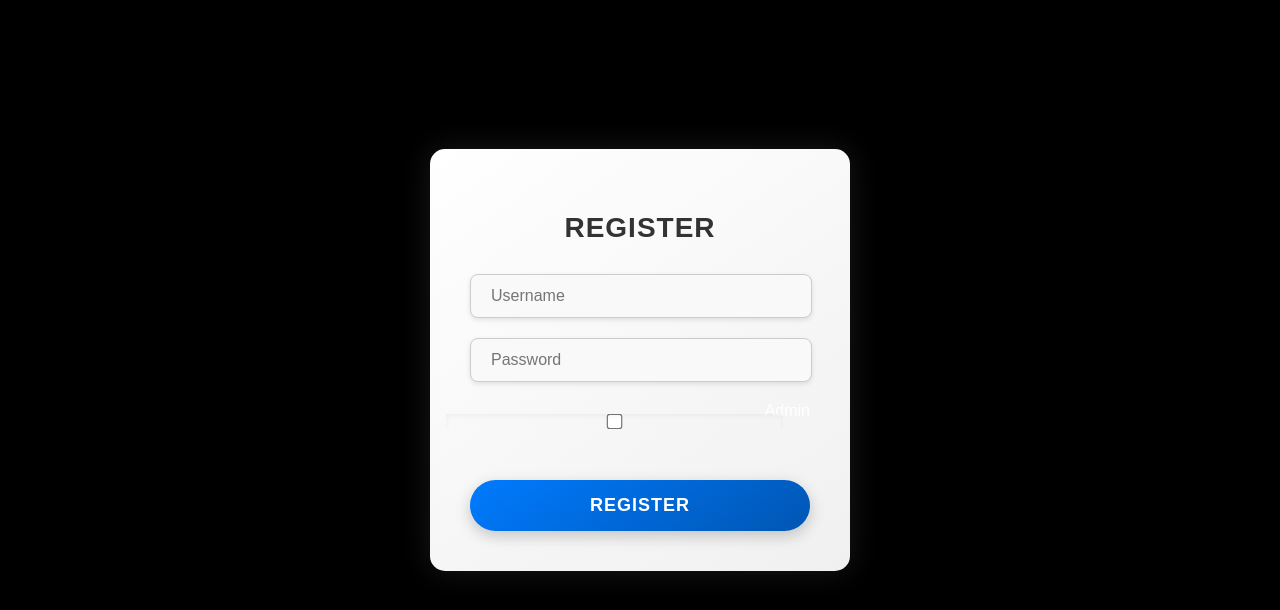
Repository: mdmisri/needy-talk
Page: /register (app in frontend/talk-d1/)
The author's editor kept a copy of each file at every save. The page is drawn from the files as they stood at one save, then again after a run of saves.
The browser window is 1280 px wide. The pictures show the whole page.
The page's requests for data from a server got no answer. The project was rebuilt for these pictures with package versions that can differ from the ones it lists, and the page was loaded fresh each time. No one was signed in, and anything a server would have sent is missing. Also part of the build but not shown: frontend/talk-d1/src/components/Login/Login.js, frontend/talk-d1/src/conversationUtils.js, frontend/talk-d1/src/hooks/useConversation.js, frontend/talk-d1/src/components/Chat/styles/Message.css, frontend/talk-d1/src/components/Chat/Message.js, frontend/talk-d1/src/components/Chat/ChatBox.js, frontend/talk-d1/src/components/Chat/AdminChatBox.js, frontend/talk-d1/src/components/Chat/AdminSelection.js and 1 more.

Above is the page before, as saved 2024-07-29 05:08:42.

### frontend/talk-d1/src/index.js
import React from 'react';
import ReactDOM from 'react-dom/client';
import './index.css';
import App from './App';
import { BrowserRouter } from 'react-router-dom';

const root = ReactDOM.createRoot(document.getElementById('root'));
root.render(
  <React.StrictMode>
    <BrowserRouter>
    <App />
    </BrowserRouter>
  </React.StrictMode>
);

// If you want to start measuring performance in your app, pass a function
// to log results (for example: reportWebVitals(console.log))
// or send to an analytics endpoint. Learn more: https://bit.ly/CRA-vitals

### frontend/talk-d1/src/App.js
import React, { useState, useEffect } from 'react';
import { Routes, Route, useNavigate } from 'react-router-dom';
import Login from './components/Login/Login';
import Register from './components/Register/Register';
import ChatBox from './components/Chat/ChatBox';
import AdminChatBox from './components/Chat/AdminChatBox';
import ChatStart from './components/Chat/ChatStart';
import AdminSelection from './components/Chat/AdminSelection';
import socket from './components/Chat/socket';

const App = () => {
    const [user, setUser] = useState(null);
    const [username, setUsername] = useState('');
    const [isAdmin, setIsAdmin] = useState(false);
    const [adminUsername, setAdminUsername] = useState(null);
    const [redirectToChat, setRedirectToChat] = useState(false);
    const navigate = useNavigate();

    useEffect(() => {
        const handleBeforeUnload = () => {
            if (username) {
                socket.emit('userOffline', username);
            }
        };

        window.addEventListener('beforeunload', handleBeforeUnload);

        return () => {
            window.removeEventListener('beforeunload', handleBeforeUnload);
        };
    }, [username]);

    useEffect(() => {
        if (user) {
            if (isAdmin) {
                navigate('/admin-chat');
            } else if (redirectToChat) {
                navigate(`/chat/${adminUsername}`);
            } else {
                navigate('/home');
            }
        }
    }, [user, isAdmin, redirectToChat, adminUsername, navigate]);

    const handleLogout = () => {
        socket.emit('userOffline', username);
        setUser(null);
        setUsername('');
        setIsAdmin(false);
        setAdminUsername(null);
        setRedirectToChat(false);
        navigate('/login');
    };

    const handleAdminSelection = (selectedAdminUsername) => {
        setAdminUsername(selectedAdminUsername);
        setRedirectToChat(true);
    };

    return (
        <div>
            <Routes>
                <Route path="/login" element={<Login setUser={setUser} setUsername={setUsername} setIsAdmin={setIsAdmin} />} />
                <Route path="/register" element={<Register />} />
                {/* Route for admin selection */}
                <Route path="/home" element={!isAdmin ? <ChatStart username={username} onAdminSelect={handleAdminSelection} /> : <AdminChatBox adminUsername={username} handleAdminSelection={handleAdminSelection} />} />
                {/* Route for admin chat box */}
                <Route path="/admin-chat" element={<AdminChatBox adminUsername={username} handleAdminSelection={handleAdminSelection} />} />
                {/* Route for user chat box */}
                <Route path="/chat/:receiverUsername" element={<ChatBox senderUsername={username} />} />
            </Routes>
            {user && <button onClick={handleLogout}>Logout</button>}
        </div>
    );
};

export default App;

### frontend/talk-d1/src/components/Register/Register.js
import React, { useState } from 'react';
import axios from 'axios';
import { useNavigate } from 'react-router-dom';
import "./Register.css";

const Register = () => {
    const [username, setUsername] = useState('');
    const [password, setPassword] = useState('');
    const [isAdmin, setIsAdmin] = useState(false);
    const [message, setMessage] = useState('');
    const navigate = useNavigate();

    const handleRegister = async (e) => {
        e.preventDefault();
        try {
            await axios.post('http://localhost:3010/api/auth/register', {
                username,
                password,
                isAdmin,
            });
            setMessage('User registered successfully');
            navigate('/login');
        } catch (err) {
            setMessage('Error registering user');
        }
    };

    return (
        <div className="form-container">
            <h2>Register</h2>
            {message && <p>{message}</p>}
            <form onSubmit={handleRegister}>
                <input
                    type="text"
                    value={username}
                    onChange={(e) => setUsername(e.target.value)}
                    placeholder="Username"
                    required
                />
                <input
                    type="password"
                    value={password}
                    onChange={(e) => setPassword(e.target.value)}
                    placeholder="Password"
                    required
                />
                <div className="checkbox-container">
                    <input
                        type="checkbox"
                        checked={isAdmin}
                        onChange={() => setIsAdmin(!isAdmin)}
                    />
                    <span className="admin-text">Admin</span>
                </div>
                <button type="submit">Register</button>
            </form>
        </div>
    );
};

export default Register;

### frontend/talk-d1/src/components/Chat/socket.js
// socket.js
import io from 'socket.io-client';

const socket = io('http://localhost:3010');

export default socket;

### frontend/talk-d1/src/components/Login/Login.css
body, html {
    margin: 0;
    padding: 0;
    height: 100%;
    background-color: #000000; /* Set the background color to black */
    display: flex;
    justify-content: center;
    align-items: center;
    font-family: 'Arial', sans-serif;
}

.login-container {
    width: 340px;
    padding: 40px;
    background: linear-gradient(145deg, #ffffff, #f0f0f0);
    box-shadow: 0 0 30px rgba(255, 255, 255, 0.1);
    border-radius: 15px;
    text-align: center;
}

.login-container h2 {
    margin-bottom: 30px;
    color: #333;
    font-size: 28px;
    font-weight: 600;
    text-transform: uppercase;
    letter-spacing: 1px;
}

.login-container input[type="text"],
.login-container input[type="password"] {
    width: calc(100% - 40px); /* Adjust width to account for padding */
    margin-bottom: 20px;
    padding: 12px 20px; /* Adjust padding for better spacing */
    border: 1px solid #ccc; /* Add a subtle border */
    border-radius: 8px; /* Less rounded for a more modern look */
    background: #f9f9f9;
    box-shadow: 0 2px 5px rgba(0, 0, 0, 0.1); /* Subtle outer shadow */
    font-size: 16px;
    transition: all 0.3s ease;
    outline: none; /* Remove default outline */
}

.login-container input[type="text"]:focus,
.login-container input[type="password"]:focus {
    border-color: #007BFF; /* Highlight border color on focus */
    box-shadow: 0 0 5px rgba(0, 123, 255, 0.5); /* Add glow effect on focus */
    background: #fff; /* Ensure background is clear on focus */
    outline: none;
    box-shadow: inset 5px 5px 10px #c1c1c1, inset -5px -5px 10px #ffffff;
}

.login-container button {
    width: 100%;
    padding: 15px;
    background: linear-gradient(145deg, #007bff, #0056b3);
    color: #fff;
    border: none;
    border-radius: 50px;
    cursor: pointer;
    font-size: 18px;
    font-weight: 600;
    text-transform: uppercase;
    letter-spacing: 1px;
    transition: all 0.3s ease;
    box-shadow: 5px 5px 10px #d9d9d9, -5px -5px 10px #ffffff;
}

.login-container button:hover {
    background: linear-gradient(145deg, #0056b3, #004494);
    transform: translateY(-3px);
    box-shadow: 7px 7px 15px #d9d9d9, -7px -7px 15px #ffffff;
}

.login-container button:active {
    transform: translateY(0);
    box-shadow: 3px 3px 5px #d9d9d9, -3px -3px 5px #ffffff;
}

### frontend/talk-d1/src/components/Register/Register.css
body, html {
    margin: 0;
    padding: 0;
    height: 100%;
    background-color: #000000; /* Set the background color to black */
    display: flex;
    justify-content: center;
    align-items: center;
    font-family: 'Arial', sans-serif;
}

.form-container {
    width: 340px;
    padding: 40px;
    background: linear-gradient(145deg, #ffffff, #f0f0f0);
    box-shadow: 0 0 30px rgba(255, 255, 255, 0.1);
    border-radius: 15px;
    text-align: center;
}

.form-container h2 {
    margin-bottom: 30px;
    color: #333;
    font-size: 28px;
    font-weight: 600;
    text-transform: uppercase;
    letter-spacing: 1px;
}

.form-container input[type="text"],
.form-container input[type="password"],
.form-container input[type="email"] {
    width: calc(100% - 40px);
    margin-bottom: 20px;
    padding: 12px 20px;
    border: 1px solid #ccc;
    border-radius: 8px;
    background: #f9f9f9;
    box-shadow: 0 2px 5px rgba(0, 0, 0, 0.1);
    font-size: 16px;
    transition: all 0.3s ease;
    outline: none;
}

.form-container input[type="text"]:focus,
.form-container input[type="password"]:focus,
.form-container input[type="email"]:focus {
    border-color: #007BFF;
    box-shadow: 0 0 5px rgba(0, 123, 255, 0.5);
    background: #fff;
}

.form-container .checkbox-container {
    display: flex;
    align-items: center;
    margin-bottom: 20px;
    font-size: 16px;
}

.form-container .checkbox-container input {
    margin-right: 10px;
    transform: scale(1.2);
}

.form-container .admin-text {
    color: white; /* Set the admin text color to white */
    margin-bottom: 20px; /* Add some margin below the admin text */
}

.form-container button {
    width: 100%;
    padding: 15px;
    background: linear-gradient(145deg, #007bff, #0056b3);
    color: #fff;
    border: none;
    border-radius: 50px;
    cursor: pointer;
    font-size: 18px;
    font-weight: 600;
    text-transform: uppercase;
    letter-spacing: 1px;
    transition: all 0.3s ease;
    box-shadow: 0 5px 15px rgba(0, 0, 0, 0.2);
    margin-top: 20px; /* Add some margin above the button */
}

.form-container button:hover {
    background: linear-gradient(145deg, #0056b3, #004494);
    transform: translateY(-3px);
    box-shadow: 0 7px 20px rgba(0, 0, 0, 0.3);
}

.form-container button:active {
    transform: translateY(0);
    box-shadow: 0 3px 10px rgba(0, 0, 0, 0.2);
}

### frontend/talk-d1/src/components/Chat/styles/ChatBox.css
.chatbox {
    display: flex;
    flex-direction: column;
    height: 100vh;
    width: 400px;
    position: fixed; /* Fixed position */
    bottom: 0; /* Align to the bottom of the viewport */
    right: 0; /* Align to the right of the viewport */
    border: none; /* Removed border for a cleaner look */
    border-radius: 12px;
    box-shadow: 0 4px 20px rgba(0, 0, 0, 0.1);
    background-color: #ffffff; /* Changed to pure white for a cleaner design */
    overflow: hidden;
    font-family: 'Segoe UI', Tahoma, Geneva, Verdana, sans-serif; /* Updated font for modern feel */
}

.messages {
    flex: 1;
    padding: 20px;
    overflow-y: auto;
    background-color: #f9f9f9; /* Slightly off-white for contrast */
    border-top-left-radius: 12px;
    border-top-right-radius: 12px;
}

.messages div {
    margin-bottom: 12px;
    padding: 12px 16px;
    border-radius: 20px; /* More rounded corners */
    max-width: 75%;
    line-height: 1.5; /* Improved line height for readability */
    font-size: 15px; /* Slightly larger font size */
    transition: background-color 0.3s; /* Smooth background transition */
}

.sent {
    align-self: flex-end;
    background-color: #e1f5fe; /* Light blue for sent messages */
    color: #333;
}

.received {
    align-self: flex-start;
    background-color: #ffffff; /* White background for received messages */
    border: 1px solid #e0e0e0;
    color: #333;
}

.input-container {
    display: flex;
    padding: 10px;
    border-top: 1px solid #e0e0e0;
    background-color: #ffffff;
    box-shadow: 0 -2px 4px rgba(0, 0, 0, 0.1);
}

input {
    flex: 1;
    padding: 12px 20px;
    border: 2px solid #e0e0e0; /* Thicker border for input */
    border-radius: 25px;
    font-size: 15px; /* Increased font size */
    margin-right: 10px;
    box-shadow: inset 0 2px 4px rgba(0, 0, 0, 0.05);
    transition: border-color 0.3s, box-shadow 0.3s; /* Added transition for shadow */
}

input:focus {
    outline: none;
    border-color: #007bff; /* Blue border on focus */
    box-shadow: 0 0 5px rgba(0, 123, 255, 0.5);
}

button {
    padding: 12px 20px;
    border: none;
    border-radius: 25px; /* Added border-radius for button */
    background-color: #007bff; /* Blue background for button */
    color: #ffffff; /* White text for button */
    font-size: 15px; /* Increased font size */
    cursor: pointer;
    transition: background-color 0.3s; /* Smooth background transition */
}

button:hover {
    background-color: #0056b3; /* Darker blue on hover */
}

### frontend/talk-d1/src/components/Chat/styles/AdminChatBox.css
/* AdminChatBox.css */

.admin-chat-container {
    display: flex;
    height: 100vh;
    font-family: Arial, sans-serif;
}

.user-tabs {
    width: 250px;
    background-color: #f7f7f7;
    border-right: 1px solid #ddd;
    overflow-y: auto;
    padding: 10px;
}

.user-tab {
    padding: 10px;
    cursor: pointer;
    display: flex;
    justify-content: space-between;
    align-items: center;
    border-radius: 5px;
    transition: background-color 0.3s ease;
}

.user-tab:hover {
    background-color: #e0e0e0;
}

.user-tab.active {
    background-color: #007bff;
    color: white;
}

.chat-box {
    flex: 1;
    display: flex;
    flex-direction: column;
    padding: 10px;
    background-color: #fff;
}

.messages {
    flex: 1;
    overflow-y: auto;
    margin-bottom: 10px;
    border-bottom: 1px solid #ddd;
}

.typing-indicator {
    font-style: italic;
    color: #999;
    margin: 5px 0;
}

input[type="text"] {
    width: calc(100% - 80px);
    padding: 10px;
    margin-right: 10px;
    border: 1px solid #ddd;
    border-radius: 5px;
    outline: none;
    transition: border-color 0.3s ease;
}

input[type="text"]:focus {
    border-color: #007bff;
}

button {
    padding: 10px 20px;
    background-color: #007bff;
    color: white;
    border: none;
    border-radius: 5px;
    cursor: pointer;
    transition: background-color 0.3s ease;
}

button:hover {
    background-color: #0056b3;
}

/* Responsive Design */
@media (max-width: 768px) {
    .admin-chat-container {
        flex-direction: column;
    }

    .user-tabs {
        width: 100%;
        border-right: none;
        border-bottom: 1px solid #ddd;
    }

    input[type="text"] {
        width: calc(100% - 90px);
    }
}

### frontend/talk-d1/src/components/Chat/styles/AdminSelection.css
body, html {
    margin: 0;
    padding: 0;
    height: 100%;
    background-color: #000000; /* Set the background color to black */
    font-family: 'Arial', sans-serif;
    color: white; /* Set default text color to white */
}

.admin-selection-container {
    display: flex;
    flex-direction: column; /* Stack the heading above the cards */
    justify-content: center;
    align-items: center;
    height: 100vh;
    text-align: center; /* Center the heading text */
}

.admin-selection-container h2 {
    margin-bottom: 20px; /* Add some space below the heading */
    color: white; /* Ensure the heading text is white */
}

.cards-wrapper {
    display: flex; /* Display the cards in a row */
    justify-content: center; /* Center the cards horizontally */
}

.card {
    background-color: white; /* Set the background color of the card to white */
    color: black; /* Set the text color inside the card to black */
    margin: 10px 20px;
    padding: 20px;
    border: 1px solid #ccc;
    border-radius: 10px;
    text-align: center;
    cursor: pointer;
    transition: transform 0.2s;
}

.card:hover {
    transform: scale(1.05);
}

.card h3 {
    margin: 0;
    color: black; /* Ensure the card header text is black */
}

.card-icon {
    font-size: 40px;
    margin-bottom: 10px;
}

Loaded but not shown: frontend/talk-d1/public/index.html (common file); frontend/talk-d1/src/index.css (no stored copy; drawn as an empty file)

After the next 2 saves:
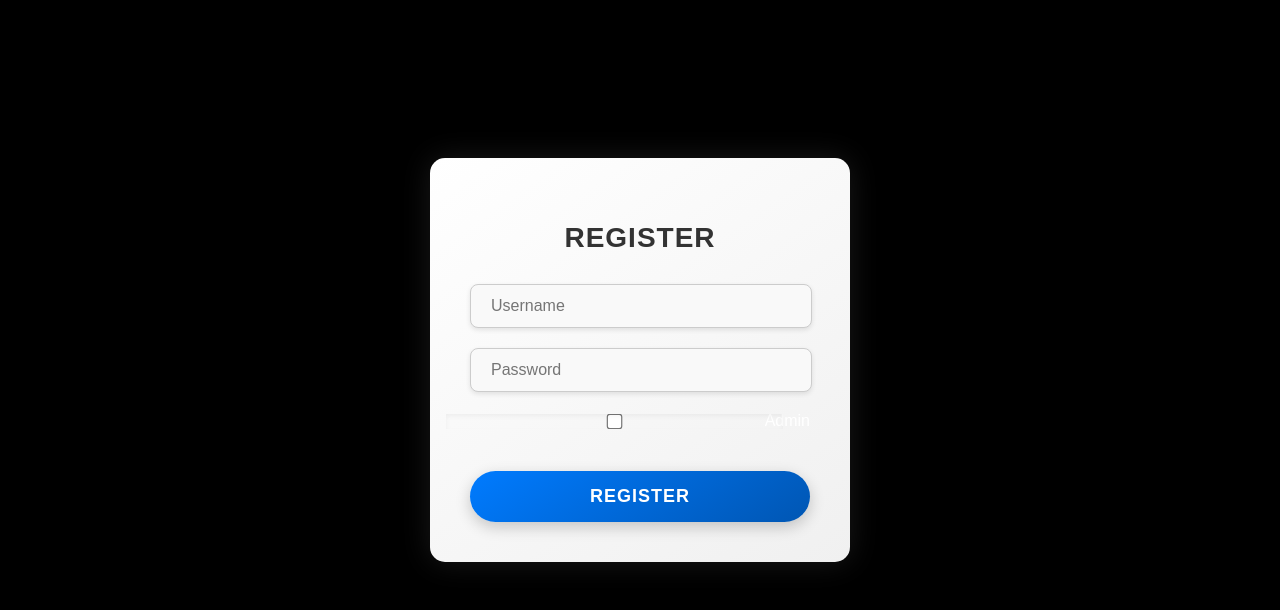
The 2 saves are shown as one change because they came seconds apart.
The last was saved 38 s later.
--- a/frontend/talk-d1/src/components/Register/Register.css
+++ b/frontend/talk-d1/src/components/Register/Register.css
@@ -64,7 +64,6 @@ body, html {
 
 .form-container .admin-text {
     color: white; /* Set the admin text color to white */
-    margin-bottom: 20px; /* Add some margin below the admin text */
 }
 
 .form-container button {
